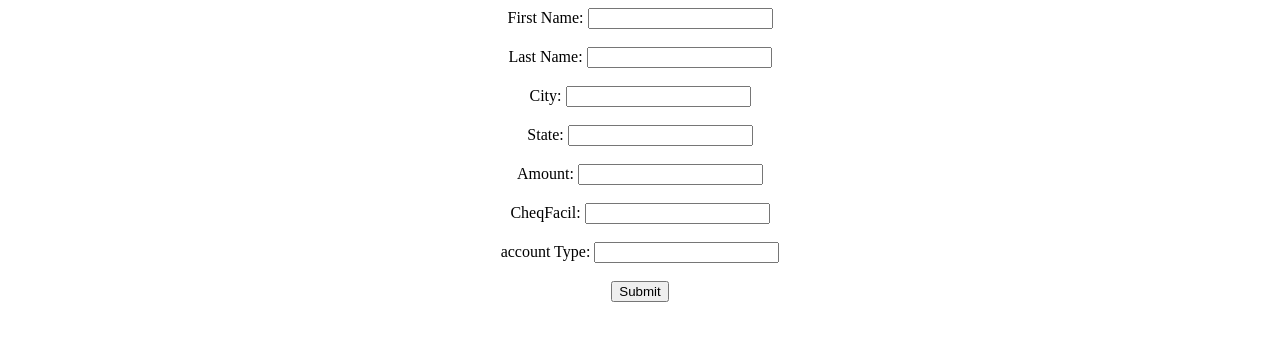
Repository: vinodkumarr269/mode1
Page: day15/JstlDemo/WebContent/CreateAccount.html
The author's editor kept a copy of each file at every save. The page is drawn from the files as they stood at one save, then again after the next save.
The browser window is 1280 px wide. The pictures show the whole page.

Above is the page before, as saved 2019-08-26 07:04:36.

After the next save:
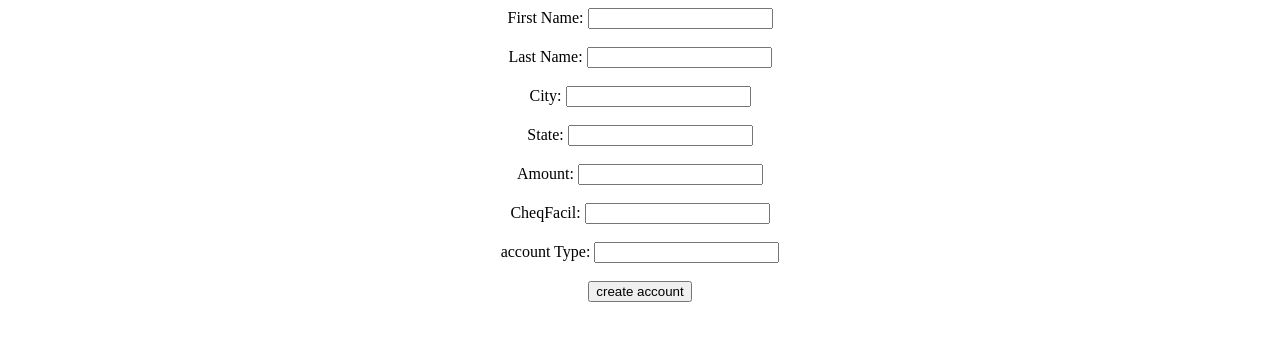
Saved 43 s later.
--- a/day15/JstlDemo/WebContent/CreateAccount.html
+++ b/day15/JstlDemo/WebContent/CreateAccount.html
@@ -22,7 +22,7 @@ Last Name:
 
 	account Type:
 	<input type="text" name="accountType"/><br/><br/>
-	<input type="submit" name="create account"/><br/><br/>
+	<input type="submit" value="create account"/><br/><br/>
 
 
 	</center>
